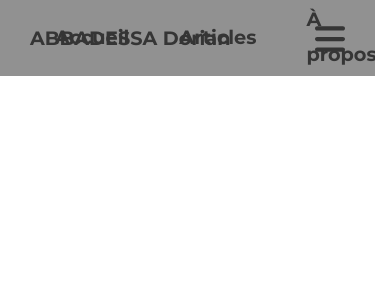
Repository: DorianABDS/Portfolio-ABBADESSA-Dorian
Page: index.html
The author's editor kept a copy of each file at every save. The page is drawn from the files as they stood at one save, then again after the next save.
The browser window is 375 px wide. The pictures show the whole page.

Above is the page before, as saved 2024-11-26 00:02:53.

### index.html
<!DOCTYPE html>
<html lang="fr">
<head>
    <meta charset="UTF-8">
    <meta name="viewport" content="width=device-width, initial-scale=1.0">
    <meta charset="UTF-8">
    <meta name="viewport" content="width=device-width, initial-scale=1.0">
    <meta name="keywords" content="Portfolio, ABBADESSA Dorian, Web developper">
    <title>ABBADESSA Dorian - Portfolio</title>
    <link rel="shortcute icon" href="/src/img/Logo Div.png">
    <link rel="stylesheet" href="style.css">
</head>
<body>
    <header class="header">
        <nav class="navbar">
            <a href="index.html" class="logo">ABBADESSA Dorian</a>
            <div class="nav-links">
                <ul>
                    <li><a href="index.html">Accueil</a></li>
                    <li><a href="articles.html">Articles</a></li>
                    <li><a href="apropos.html">À propos</a></li>
                    <li><a href="contact.html">Contact</a></li>
                </ul>
            </div>
            <img src="/src/img/bars-solid.svg" alt="menu hamburger" class="menu-hamburger">
        </nav>
        <div class="social">
            <a href="#" title="Facebook"><img src="/src/img/icone Github.png" alt=""></a>
            <a href="#" title="Twitter"><img src="src/img/icone Linkedin.png" alt=""></a>
        </div>
    </header>
</body>
<script>
    const menuHamburger = document.querySelector(".menu-hamburger")
    const navLinks = document.querySelector(".nav-links")
    const social = document.querySelector(".social")

    menuHamburger.addEventListener('click',()=>{
    navLinks.classList.toggle('mobile-menu')
    })
</script>
</html>

### style.css
@font-face {
    font-family: "Montserrat";
    src: url(/src/font/Montserrat-VariableFont_wght.ttf);
}

* {
    margin: 0;
    padding: 0;
    text-decoration: none;
    list-style: none;
    box-sizing: border-box;

}

html, body {
    font-size: 19.3px;
    color: rgba(0, 0, 0, .87);
    font-family: "Montserrat", sans-serif;
    line-height: 1.8;
    font-weight: 400;
}

.navbar {
    background: rgb(145, 145, 145);
    backdrop-filter: blur(10px);
    top: 0;
    left: 0;
    height: 76px;
    width: auto;
    position: fixed;
    padding-left: 30px;
    padding-right: 61px;
    width: 100%;
    display: flex;
    justify-content: space-between;
    align-items: center;
    z-index: 1;
}

.navbar a {
    color: #353535;
    font-weight: 700;
    display: inline;
}

.navbar .nav-links ul li a::after {
    content: "";
    display: block;
    height: 2px;
    background: rgb(255, 255, 255);
    transform: scale(0);
    transition: transform 0.2s ease-in-out;
}

.navbar .nav-links ul li a:hover::after {
    transform: scale(1);
}

.navbar .logo {
    transform: none;
    font-weight: 700;
}

.navbar .nav-links ul {
    display: flex;
    align-items: center;
}

.navbar .nav-links ul li {
    display: flex;
    margin: 0 25px;
}

.navbar .nav-links ul li img {
    display: flex;
    padding: -20px;
    margin-left: -23px;
}

.navbar .menu-hamburger {
    display: none;
    position: absolute;
    top: 22px;
    right: 30px;
    width: 30px;
}

.logo

.social a {
    border: solid;
}

@media  screen and (max-width: 425px) {
    .nav-links {
        position: absolute;
    }

    .navbar .menu-hamburger {
        display: block;
    }
}

### src/img/bars-solid.svg
<svg xmlns="http://www.w3.org/2000/svg" viewBox="0 0 448 512" fill="#353535"><!--!Font Awesome Free 6.7.0 by @fontawesome - https://fontawesome.com License - https://fontawesome.com/license/free Copyright 2024 Fonticons, Inc.--><path d="M0 96C0 78.3 14.3 64 32 64l384 0c17.7 0 32 14.3 32 32s-14.3 32-32 32L32 128C14.3 128 0 113.7 0 96zM0 256c0-17.7 14.3-32 32-32l384 0c17.7 0 32 14.3 32 32s-14.3 32-32 32L32 288c-17.7 0-32-14.3-32-32zM448 416c0 17.7-14.3 32-32 32L32 448c-17.7 0-32-14.3-32-32s14.3-32 32-32l384 0c17.7 0 32 14.3 32 32z"/></svg>

After the next save:
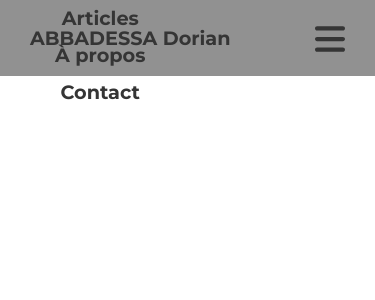
Saved 46 s later.
--- a/style.css
+++ b/style.css
@@ -96,6 +96,11 @@ html, body {
         position: absolute;
     }
 
+    .nav-links ul {
+        display: flex;
+        flex-direction: column;
+    }
+
     .navbar .menu-hamburger {
         display: block;
     }
